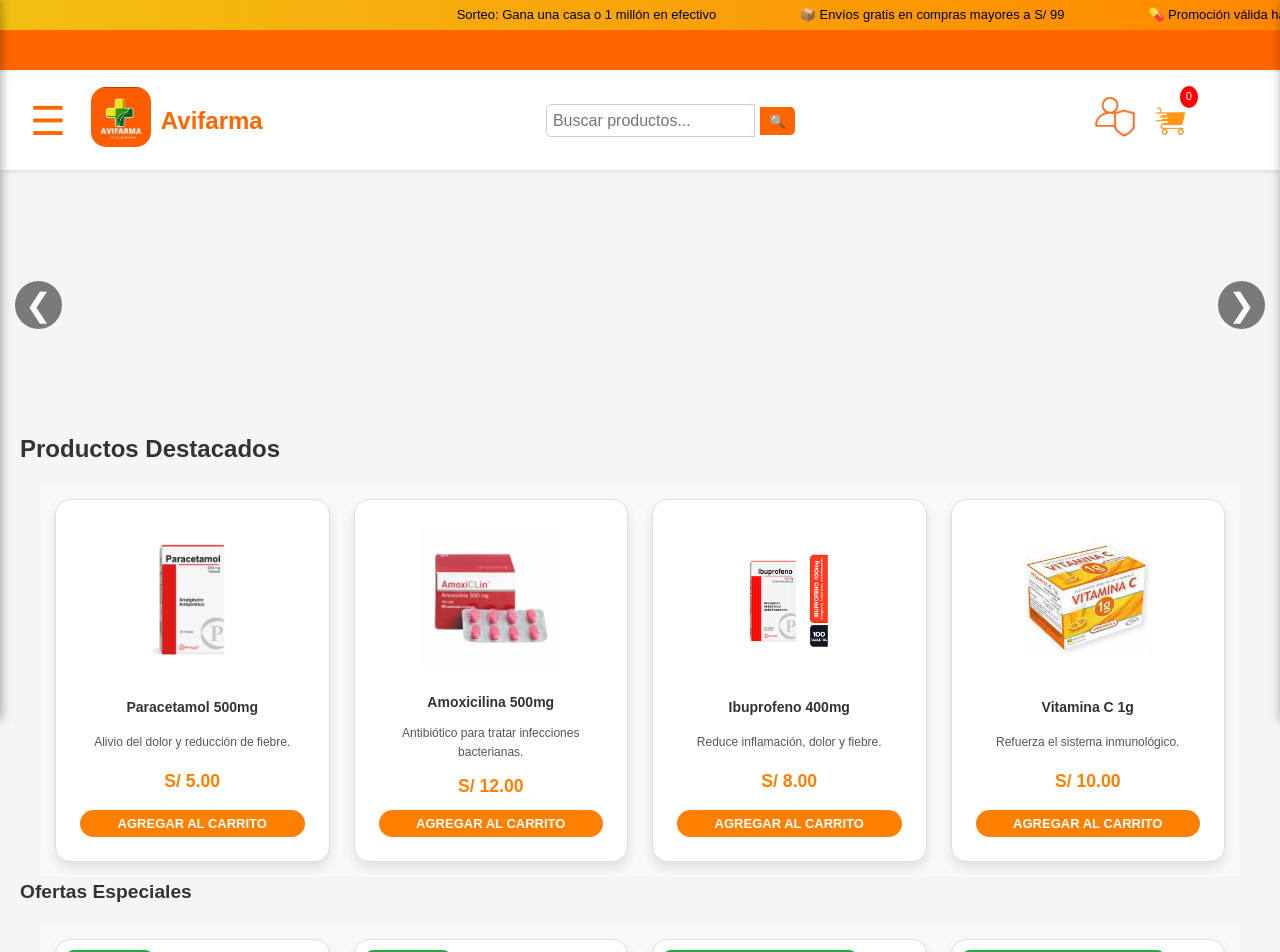
Repository: AVH75/avifarma-tienda
Page: index.html
These files come from the project's save history. The page is drawn as it stood at one moment and after the next save; the edit follows.
The browser window is 1280 px wide. The pictures show the part of the page from y = 0 to 952 px (the page is 2790 px tall before and 2764 px after).
A picture or video elsewhere on the page could not be fetched, so the positions and the page height are approximate.

Above is the page before, as saved 2025-09-22 06:59:51.

After the next save:
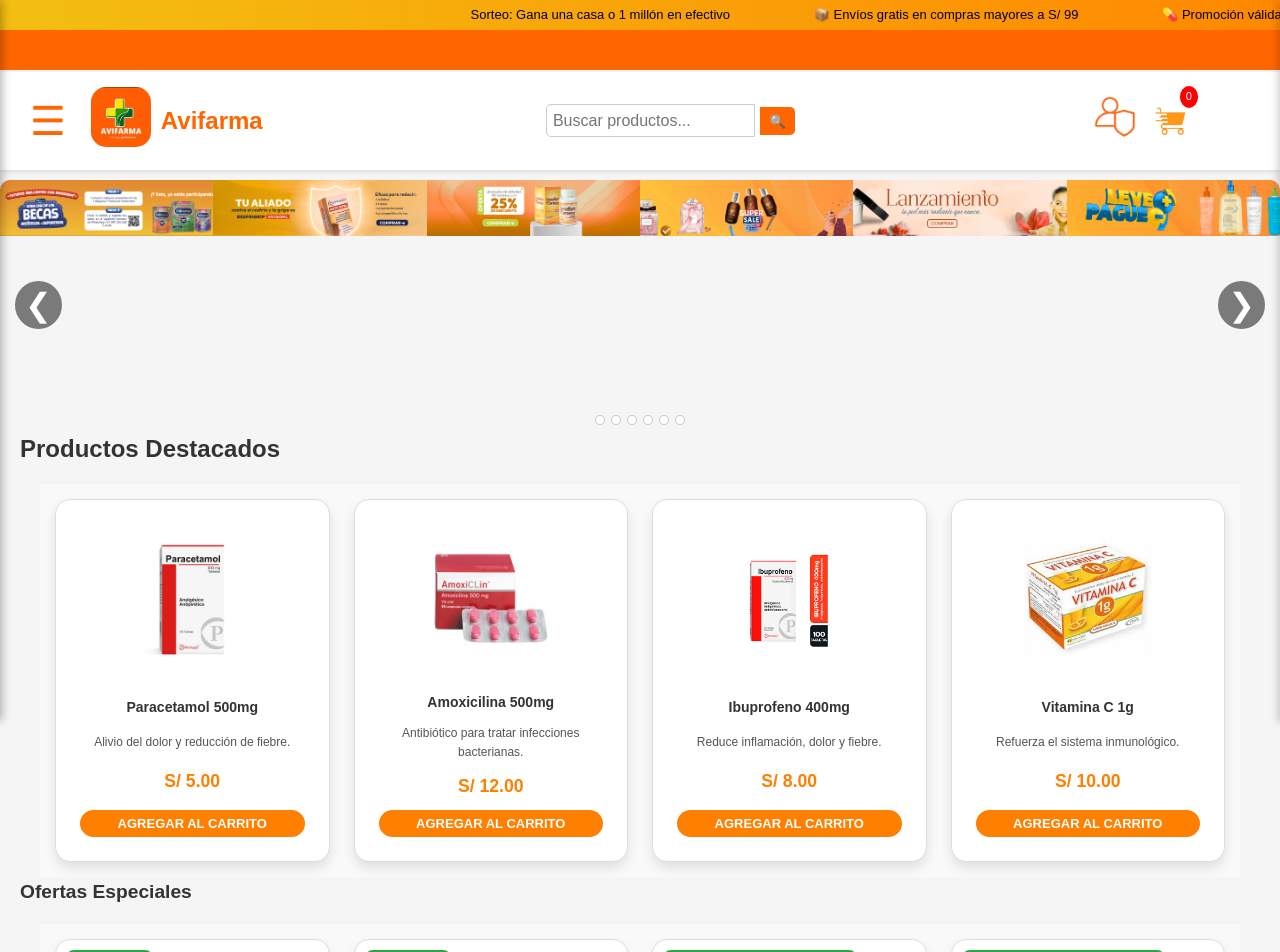
Saved 23 s later.
--- a/js/render-catalogo.js
+++ b/js/render-catalogo.js
@@ -139,7 +139,7 @@
 // ===================================================
 // CARRUSEL DE LOS BANNERS
 // ===================================================
-function mostrarCarrusel(banners) {
+function mostrarCarruselBanners(banners) {
     const contenedor = document.getElementById("slider-banner");
     if (!contenedor) {
         console.error("⚠️ El contenedor con id 'slider-banner' no existe en el DOM");
@@ -148,7 +148,6 @@
 
     contenedor.innerHTML = ""; // Limpiar el contenedor
 
-    // Crear las tarjetas de banner para el carrusel
     banners.forEach(banner => {
         const card = document.createElement("div");
         card.classList.add("banner-card");
@@ -157,44 +156,60 @@
         img.src = banner.src;
         img.alt = banner.alt ?? "Imagen de banner";
 
+        // Ajustar la imagen al tamaño del contenedor del carrusel
+        img.style.width = "100%"; // Asegurarse de que la imagen ocupe el 100% del ancho del contenedor
+        img.style.height = "auto"; // Mantener la proporción original de la imagen
+
         card.appendChild(img);
         contenedor.appendChild(card);
     });
 
-    // Lógica del carrusel (mover a la siguiente tarjeta)
     let currentIndex = 0;
     const cards = document.querySelectorAll('.banner-card');
     const totalCards = cards.length;
 
+    contenedor.style.display = "flex"; // Aseguramos que las tarjetas estén alineadas en una fila
+    contenedor.style.overflow = "hidden"; // Ocultar cualquier tarjeta que esté fuera de vista
+    contenedor.style.transition = "transform 0.5s ease-in-out"; // Transición suave al mover las tarjetas
+
     // Función para actualizar la posición del carrusel
     function updateCarousel() {
-        const offset = -currentIndex * (cards[0].offsetWidth + 20);  // Ajuste el espacio entre tarjetas
+        const offset = -currentIndex * (cards[0].offsetWidth + 20); // Ajuste el espacio entre tarjetas
         contenedor.style.transform = `translateX(${offset}px)`;
     }
 
-    // Funciones para mover el carrusel
-    document.querySelector('.next').addEventListener('click', () => {
-        currentIndex = (currentIndex + 1) % totalCards;  // Deslizar a la siguiente tarjeta
-        updateCarousel();
-    });
-
-    document.querySelector('.prev').addEventListener('click', () => {
-        currentIndex = (currentIndex - 1 + totalCards) % totalCards;  // Deslizar hacia atrás
-        updateCarousel();
-    });
-
-    // Opcional: Agregar puntos de navegación (si los necesitas)
+    const nextButton = document.querySelector('.next');
+    const prevButton = document.querySelector('.prev');
+
+    if (nextButton && prevButton) {
+        nextButton.addEventListener('click', () => {
+            currentIndex = (currentIndex + 1) % totalCards;
+            updateCarousel();
+        });
+
+        prevButton.addEventListener('click', () => {
+            currentIndex = (currentIndex - 1 + totalCards) % totalCards;
+            updateCarousel();
+        });
+    }
+
     const dotsContainer = document.getElementById("dots");
-    banners.forEach((_, index) => {
-        const dot = document.createElement("span");
-        dot.classList.add("dot");
-        dot.addEventListener("click", () => {
-            currentIndex = index;
-            updateCarousel();
-        });
-        dotsContainer.appendChild(dot);
-    });
+    if (dotsContainer) {
+        dotsContainer.innerHTML = "";
+        banners.forEach((_, index) => {
+            const dot = document.createElement("span");
+            dot.classList.add("dot");
+            dot.addEventListener("click", () => {
+                currentIndex = index;
+                updateCarousel();
+            });
+            dotsContainer.appendChild(dot);
+        });
+    }
+
+    updateCarousel();
 }
+
 // =========================
 // CARRUSEL DE LOS SERVICIOS
 // =========================
